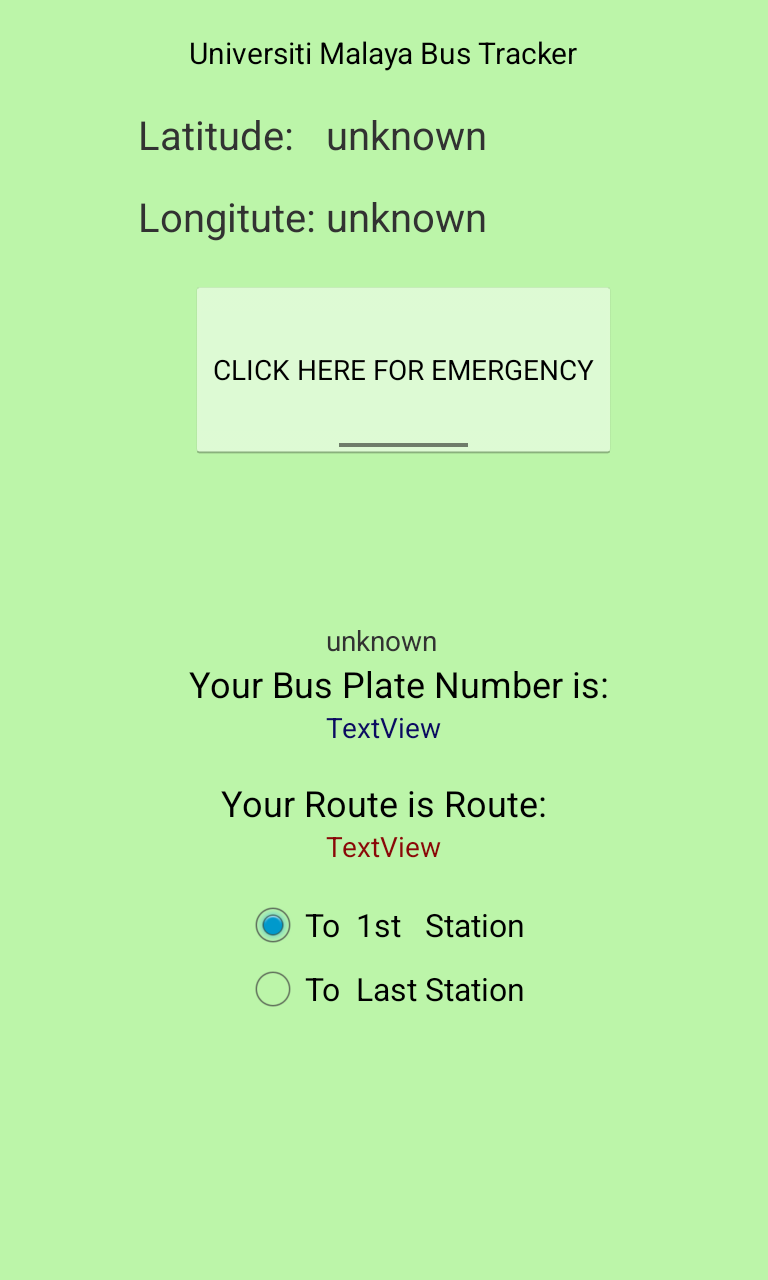
Repository: patheon17/myrepo2
Layout: workspace/UMBusTracker/res/layout/activity_main.xml
These files come from the project's save history. The layout is drawn as it stood at one moment and after the next save; the edit follows.
It is drawn on a 768 x 1280 px phone screen (xhdpi) without system bars, with theme AppTheme; the app's code is not run.

Above is the layout before, as saved 2013-10-01 11:18:18.

### workspace/UMBusTracker/res/layout/activity_main.xml
<RelativeLayout xmlns:android="http://schemas.android.com/apk/res/android"
    xmlns:tools="http://schemas.android.com/tools"
    android:layout_width="match_parent"
    android:layout_height="match_parent"
    android:background="@color/appbackground"
    android:paddingBottom="@dimen/activity_vertical_margin"
    android:paddingLeft="@dimen/activity_horizontal_margin"
    android:paddingRight="@dimen/activity_horizontal_margin"
    android:paddingTop="@dimen/activity_vertical_margin"
    tools:context=".MainActivity" >

    <TextView
        android:id="@+id/textView1"
        android:layout_width="wrap_content"
        android:layout_height="wrap_content"
        android:layout_below="@+id/textView2"
        android:layout_centerHorizontal="true"
        android:text="TextView"
        android:textColor="#0B0B61" />

    <TextView
        android:id="@+id/TextView04"
        android:layout_width="wrap_content"
        android:layout_height="wrap_content"
        android:layout_alignLeft="@+id/TextView02"
        android:layout_below="@+id/TextView02"
        android:layout_marginTop="14dp"
        android:text="unknown"
        android:textSize="20dip" />

    <TextView
        android:id="@+id/title"
        android:layout_width="wrap_content"
        android:layout_height="wrap_content"
        android:layout_alignParentTop="true"
        android:layout_centerHorizontal="true"
        android:text="@string/Apptitle"
        android:textAppearance="?android:attr/textAppearanceLarge"
        android:textSize="@dimen/titlesize" />

    <TextView
        android:id="@+id/TextView02"
        android:layout_width="wrap_content"
        android:layout_height="wrap_content"
        android:layout_alignBaseline="@+id/TextView01"
        android:layout_alignBottom="@+id/TextView01"
        android:layout_alignLeft="@+id/providerlist"
        android:text="unknown"
        android:textSize="20dip" />

    <TextView
        android:id="@+id/TextView03"
        android:layout_width="wrap_content"
        android:layout_height="wrap_content"
        android:layout_above="@+id/toggleButton1"
        android:layout_toLeftOf="@+id/TextView04"
        android:text="Longitute: "
        android:textSize="20dip" />

    <TextView
        android:id="@+id/TextView01"
        android:layout_width="wrap_content"
        android:layout_height="wrap_content"
        android:layout_alignLeft="@+id/TextView03"
        android:layout_below="@+id/title"
        android:layout_marginTop="17dp"
        android:text="Latitude: "
        android:textSize="20dip" />

    <TextView
        android:id="@+id/textView3"
        android:layout_width="wrap_content"
        android:layout_height="wrap_content"
        android:layout_below="@+id/textView1"
        android:layout_centerHorizontal="true"
        android:layout_marginTop="16dp"
        android:text="Your Route is Route:"
        android:textAppearance="?android:attr/textAppearanceMedium" />

    <TextView
        android:id="@+id/textView4"
        android:layout_width="wrap_content"
        android:layout_height="wrap_content"
        android:layout_alignLeft="@+id/textView1"
        android:layout_below="@+id/textView3"
        android:text="TextView"
        android:textColor="#8A0808" />

    <ToggleButton
        android:id="@+id/toggleButton1"
        android:layout_width="wrap_content"
        android:layout_height="90sp"
        android:layout_alignLeft="@+id/textView2"
        android:layout_below="@+id/TextView04"
        android:layout_marginTop="18dp"
        android:text="ToggleButton"
        android:textOff="CLICK HERE FOR EMERGENCY"
        android:textOn="EMERGENCY!!, Click again to deactivate" />

    <RadioGroup
        android:id="@+id/radiostopsdir"
        android:layout_width="wrap_content"
        android:layout_height="wrap_content"
        android:layout_below="@+id/textView4"
        android:layout_centerHorizontal="true"
        android:layout_marginTop="14dp" >

        <RadioButton
            android:id="@+id/radiotofirst"
            android:layout_width="wrap_content"
            android:layout_height="wrap_content"
            android:checked="true"
            android:text="To  1st   Station" />

        <RadioButton
            android:id="@+id/radiotolast"
            android:layout_width="wrap_content"
            android:layout_height="wrap_content"
            android:text="To  Last Station" />
    </RadioGroup>

    <TextView
        android:id="@+id/textView2"
        android:layout_width="wrap_content"
        android:layout_height="wrap_content"
        android:layout_alignLeft="@+id/title"
        android:layout_below="@+id/providerlist"
        android:text="Your Bus Plate Number is:"
        android:textAppearance="?android:attr/textAppearanceMedium" />

    <TextView
        android:id="@+id/providerlist"
        android:layout_width="wrap_content"
        android:layout_height="wrap_content"
        android:layout_alignLeft="@+id/textView1"
        android:layout_centerVertical="true"
        android:text="@string/providerslist"
        android:textAppearance="?android:attr/textAppearanceSmall" />

</RelativeLayout>

### workspace/UMBusTracker/res/values/styles.xml
<resources>

    <!--
        Base application theme, dependent on API level. This theme is replaced
        by AppBaseTheme from res/values-vXX/styles.xml on newer devices.
    -->
    <style name="AppBaseTheme" parent="android:Theme.Light">
        <!--
            Theme customizations available in newer API levels can go in
            res/values-vXX/styles.xml, while customizations related to
            backward-compatibility can go here.
        -->
    </style>

    <!-- Application theme. -->
    <style name="AppTheme" parent="AppBaseTheme">
        <!-- All customizations that are NOT specific to a particular API-level can go here. -->
    </style>
    <color name="appbackground">#BCF5A9</color>

</resources>

### workspace/UMBusTracker/res/values/dimens.xml
<resources>

    <!-- Default screen margins, per the Android Design guidelines. -->
    <dimen name="activity_horizontal_margin">16dp</dimen>
    <dimen name="activity_vertical_margin">16dp</dimen>
    <dimen name="titlesize">15dp</dimen>

</resources>

### workspace/UMBusTracker/res/values/strings.xml
<?xml version="1.0" encoding="utf-8"?>
<resources>

    <string name="app_name">UM Bus Tracker</string>
    <string name="action_settings">Settings</string>
    <string name="hello_world">Hello world!</string>
    <string name="Apptitle">Universiti Malaya Bus Tracker</string>
    <string name="button1">Get GPS</string>
    <string name="providerstatus">unknown</string>
    <string name="providerslist">unknown</string>
    <string name="gpsstatus">Current GPS status :</string>
    <string name="locprov1">Location Provider</string>
    <string name="network">Network location</string>
    <string name="title_activity_set_plate_num">SetPlateNum</string>

</resources>

Loaded but not shown: workspace/UMBusTracker/res/values-v11/styles.xml (common file); workspace/UMBusTracker/res/values-v14/styles.xml (common file)

After the next save:
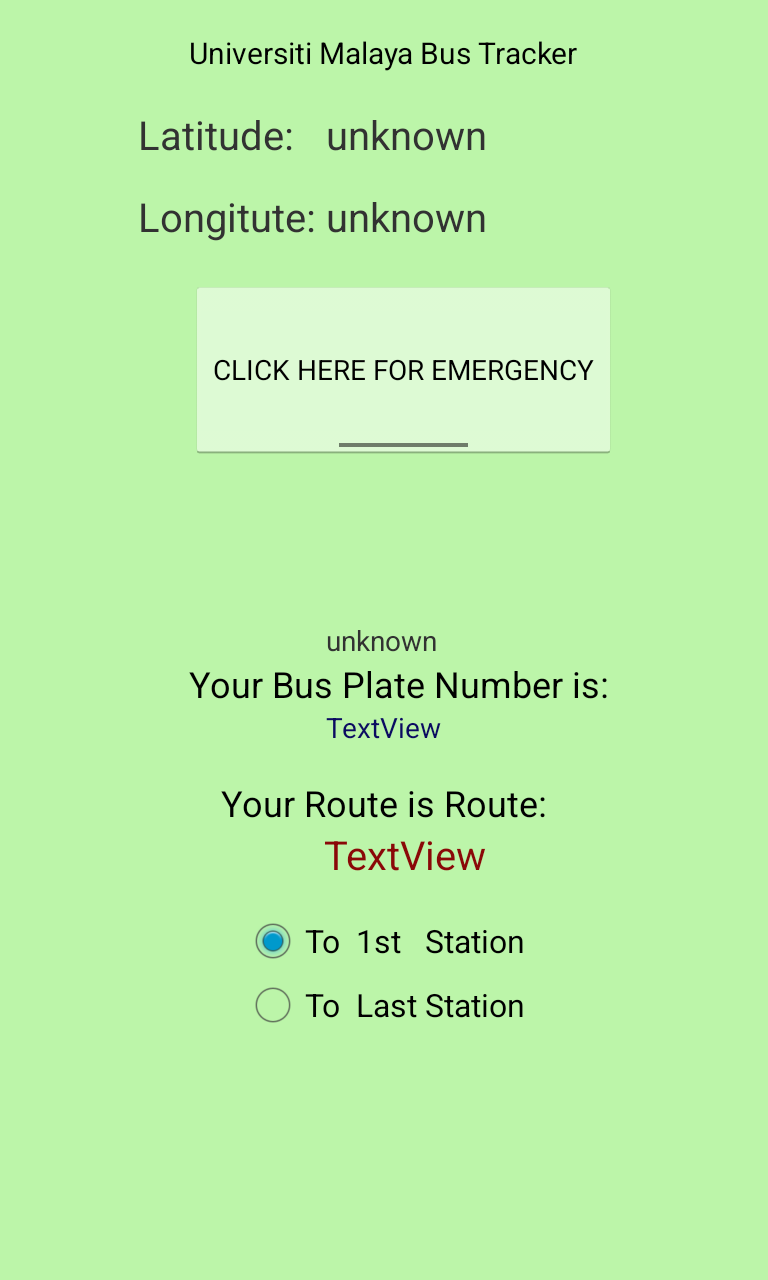
Saved 2 min 54 s later.
--- a/workspace/UMBusTracker/res/layout/activity_main.xml
+++ b/workspace/UMBusTracker/res/layout/activity_main.xml
@@ -77,15 +77,6 @@
         android:text="Your Route is Route:"
         android:textAppearance="?android:attr/textAppearanceMedium" />
 
-    <TextView
-        android:id="@+id/textView4"
-        android:layout_width="wrap_content"
-        android:layout_height="wrap_content"
-        android:layout_alignLeft="@+id/textView1"
-        android:layout_below="@+id/textView3"
-        android:text="TextView"
-        android:textColor="#8A0808" />
-
     <ToggleButton
         android:id="@+id/toggleButton1"
         android:layout_width="wrap_content"
@@ -137,4 +128,14 @@
         android:text="@string/providerslist"
         android:textAppearance="?android:attr/textAppearanceSmall" />
 
+    <TextView
+        android:id="@+id/textView4"
+        android:layout_width="wrap_content"
+        android:layout_height="wrap_content"
+        android:layout_alignRight="@+id/TextView04"
+        android:layout_below="@+id/textView3"
+        android:text="TextView"
+        android:textSize="20dip"
+        android:textColor="#8A0808" />
+
 </RelativeLayout>
